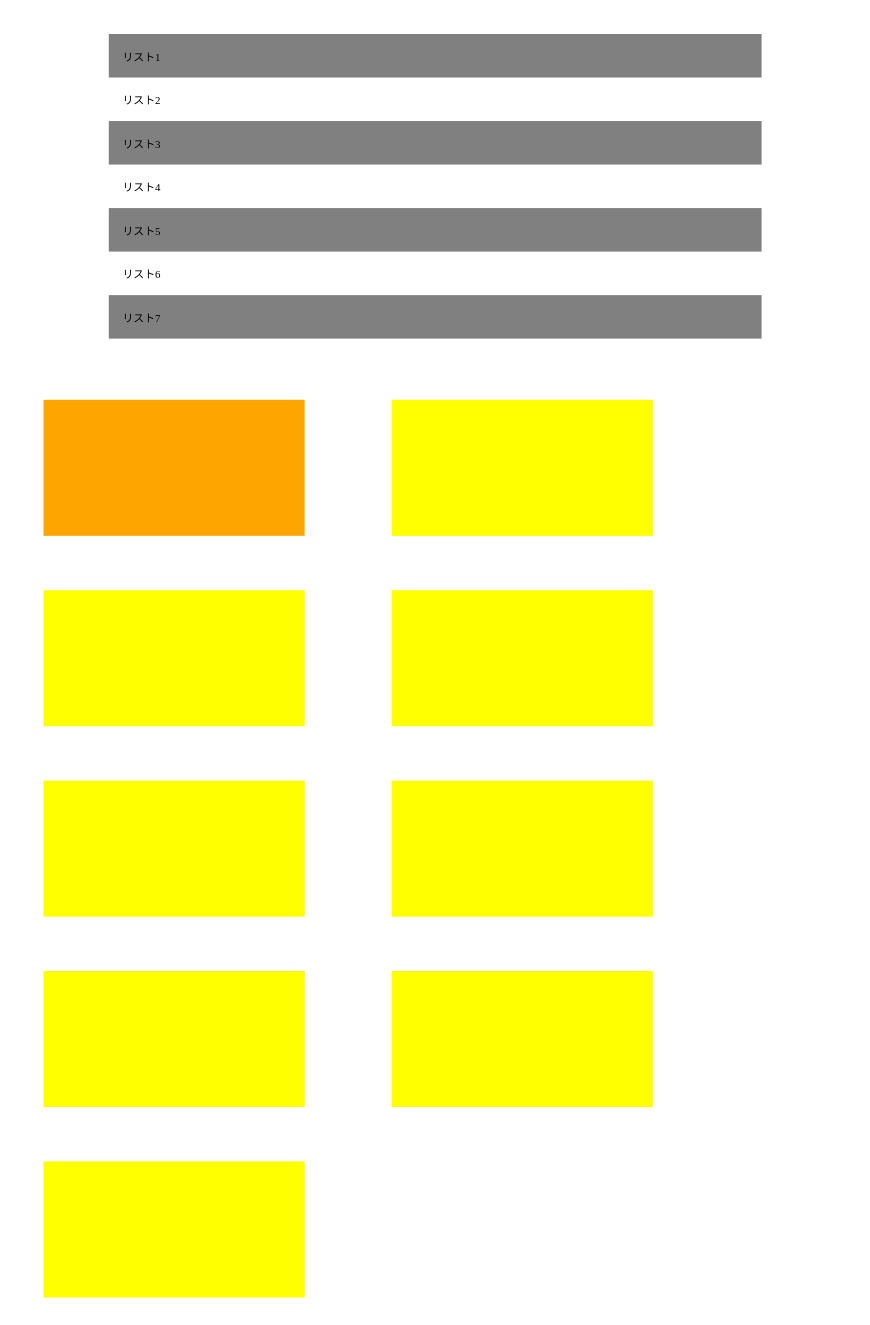
Repository: ryosei-110/HTML-CSS-
Page: 1-8exercise/1-8.html
The author's editor kept a record of every edit. The page is drawn from the files as they stood at one moment, then again after the next edit.
The browser window is 1280 px wide. The pictures show the whole page, at 68% of full size.

Above is the page before.

After the next edit:
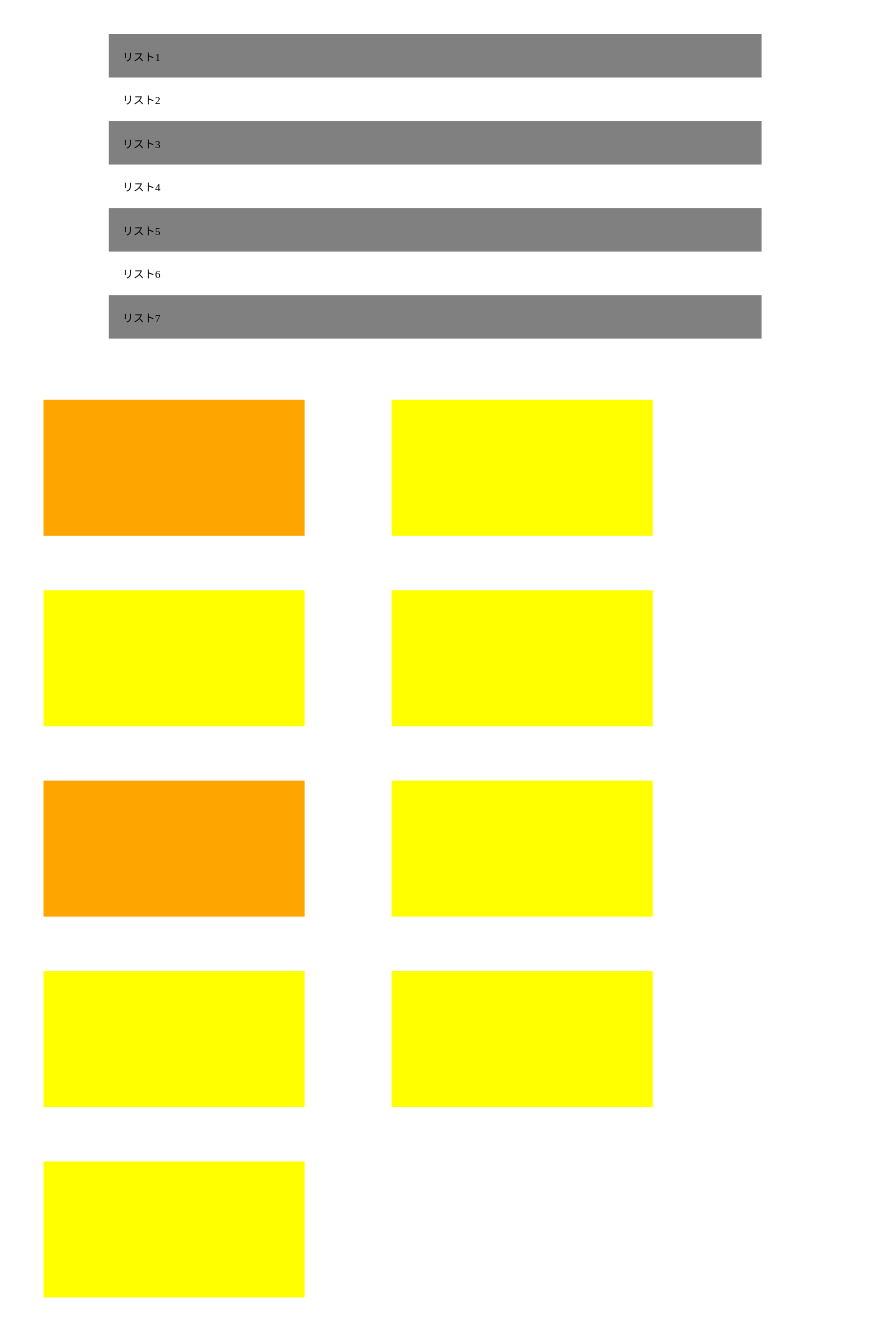
The edit:
--- a/1-8exercise/1-8.html
+++ b/1-8exercise/1-8.html
@@ -24,7 +24,7 @@
       <div class="box yellow"></div>
       <div class="box yellow"></div>
       <div class="box yellow"></div>
-      <div class="box yellow"></div>
+      <div class="box orange"></div>
       <div class="box yellow"></div>
       <div class="box yellow"></div>
       <div class="box yellow"></div>
